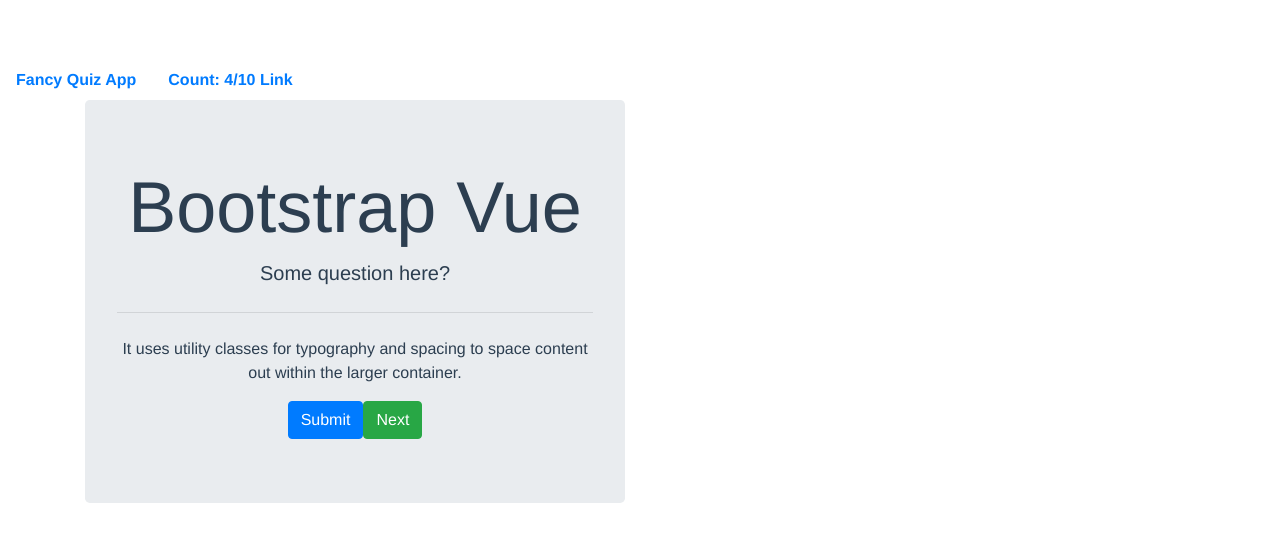
Repository: tokliver/AppVue
Page: /
The author's editor kept a copy of each file at every save. The page is drawn from the files as they stood at one save, then again after a run of saves.
The browser window is 1280 px wide. The pictures show the whole page.
The project was rebuilt for these pictures with package versions that can differ from the ones it lists, and the page was loaded fresh each time.

Above is the page before, as saved 2019-04-13 09:29:03.

### src/main.js
import Vue from 'vue'

import BootstrapVue from 'bootstrap-vue'

import 'bootstrap/dist/css/bootstrap.css'
import 'bootstrap-vue/dist/bootstrap-vue.css'

import App from './App.vue'



Vue.use(BootstrapVue)

Vue.config.productionTip = false

new Vue({
  render: h => h(App),
}).$mount('#app')

### src/App.vue
<template>
  <div id="app">
    <Header />
    <b-container class="bv-example-row">
       <b-row>
          <b-col sm="6">
              <QuestionBox />
            </b-col>

       </b-row>
   </b-container>

  </div>
</template>

<script>
import Header from './components/Header.vue'
import QuestionBox from './components/QuestionBox.vue'

export default {
  name: 'app',
  components: {
    Header,
    QuestionBox
  }
}
</script>

<style>
#app {
  font-family: 'Avenir', Helvetica, Arial, sans-serif;
  -webkit-font-smoothing: antialiased;
  -moz-osx-font-smoothing: grayscale;
  text-align: center;
  color: #2c3e50;
  margin-top: 60px;
}
</style>

### src/components/Header.vue
<template>
<div>
  <b-nav>
    <b-nav-item disable><b>Fancy Quiz App</b></b-nav-item>
    <b-nav-item disable><b>Count: 4/10 Link</b></b-nav-item>
  </b-nav>
</div>
</template>

### src/components/QuestionBox.vue
<template>
   <div class="question-box-container">
  <b-jumbotron header="Bootstrap Vue" lead="Bootstrap 4 Components for Vue.js 2">
    <template slot="header">Bootstrap Vue</template>

    <template slot="lead">
      Some question here?
    </template>

    <hr class="my-4">

    <p>
      It uses utility classes for typography and spacing to space content out within the larger
      container.
    </p>

    <b-button variant="primary" href="#">Submit</b-button>
    <b-button variant="success" href="#">Next</b-button>
  </b-jumbotron>
</div>
</template>

Loaded but not shown: public/index.html (common file)

After the next 3 saves:
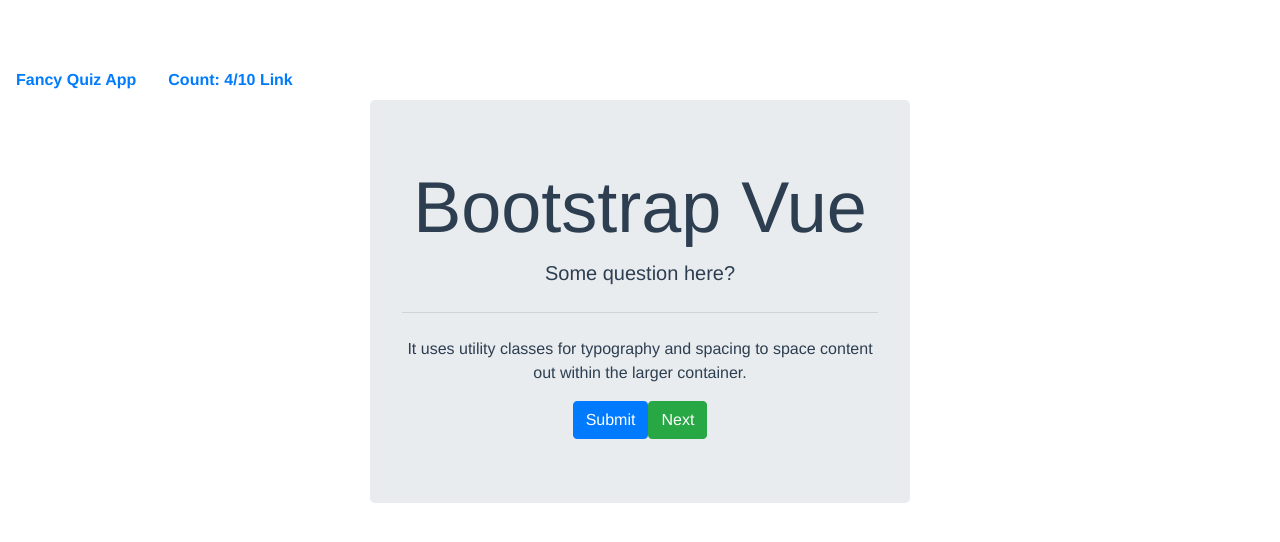
The 3 saves are shown as one change because they came seconds apart.
The last was saved 11 s later.
--- a/src/App.vue
+++ b/src/App.vue
@@ -3,7 +3,7 @@
     <Header />
     <b-container class="bv-example-row">
        <b-row>
-          <b-col sm="6">
+          <b-col sm="6" offset="3">
               <QuestionBox />
             </b-col>
 
